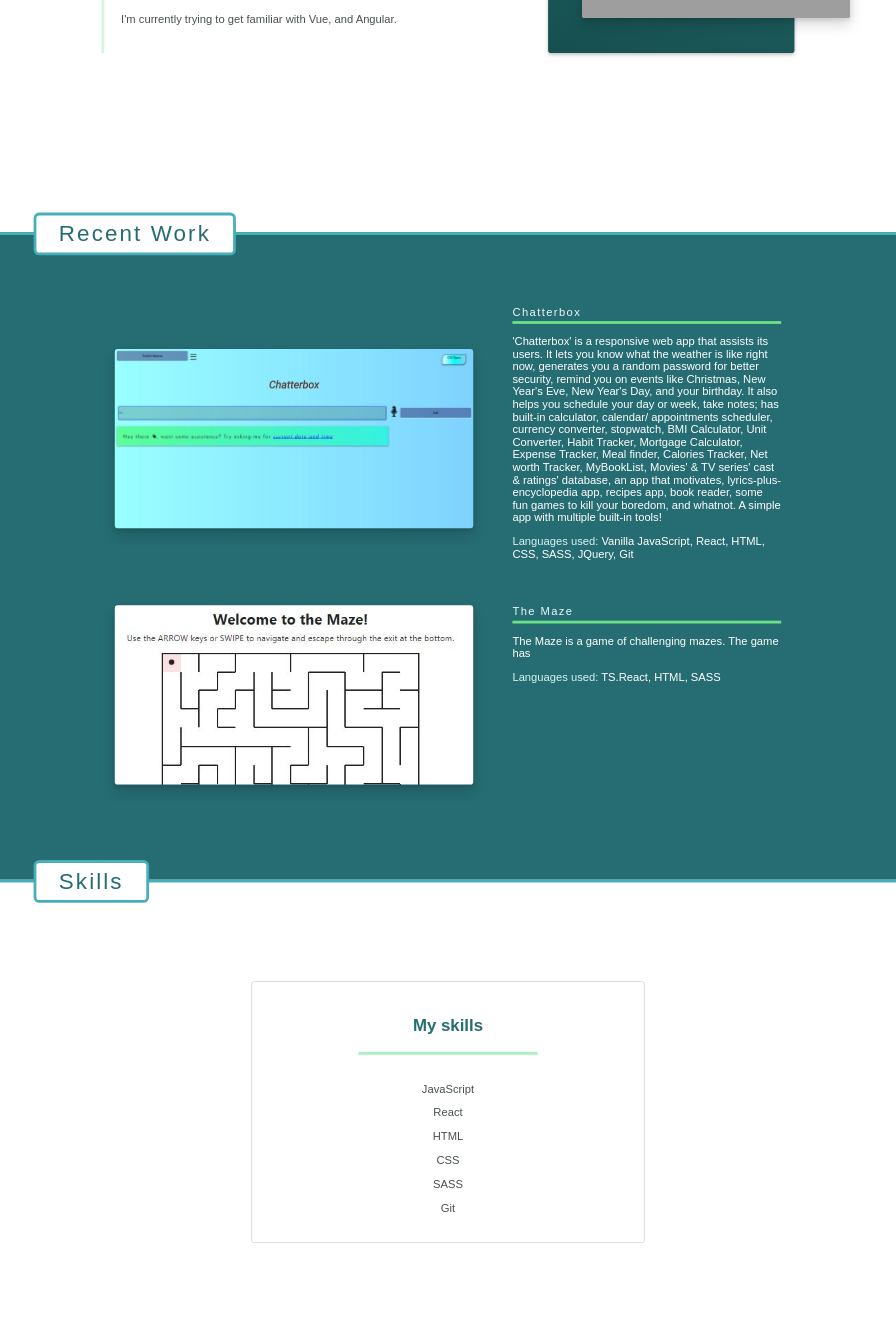
Repository: Abbaskhurram255/port
Page: /
These files come from the project's save history. The page is drawn as it stood at one moment and after the next save; the edit follows.
The browser window is 1280 px wide. The pictures show the part of the page from y = 534 to 2454 px (the page is 2782 px tall), at 70% of full size.
Pictures or frames that could not be fetched are drawn as grey boxes. The page's requests for data from a server got no answer. Some web fonts or font styles are not loaded; a fallback is used. Some web libraries are served in a nearby version. The project was rebuilt for these pictures with package versions that can differ from the ones it lists, and the page was loaded fresh each time. No one was signed in, and anything a server would have sent is missing.

Above is the page before, as saved 2020-12-03 23:18:01.

### public/index.html
<!DOCTYPE html>
<html lang="en">
  <head>
    <meta charset="utf-8" />
    <meta
      name="viewport"
      content="width=device-width, initial-scale=1, shrink-to-fit=no"
    />
    <meta name="theme-color" content="#000000" />
    <meta property="og:title" content="Alex Puth | Portfolio" />
    <meta
      property="og:description"
      content="A portfolio of web applications by Alex Puth"
    />
    <meta property="og:url" content="https://www.abbaskhurram255.github.io/" />
    <meta property="og:image" content="/images/portfolio-home.jpg" />
    <title>Alex Puth | Portfolio</title>
    <link
      href="https://fonts.googleapis.com/css?family=Muli:300,400,600,700"
      rel="stylesheet"
    />
    <link
      rel="stylesheet"
      href="https://use.fontawesome.com/releases/v5.4.2/css/all.css"
      integrity="sha384-/rXc/GQVaYpyDdyxK+ecHPVYJSN9bmVFBvjA/9eOB+pb3F2w2N6fc5qB9Ew5yIns"
      crossorigin="anonymous"
    />
  </head>

  <body>
    <noscript>You need to enable JavaScript to run this app.</noscript>
    <div id="root"></div>
  </body>
</html>

### src/index.tsx
import React from "react";
import ReactDOM from "react-dom";
import App from "./App";
import * as serviceWorker from "./serviceWorker";
import "./styles/styles.scss";

ReactDOM.render(<App />, document.getElementById("root"));

// If you want your app to work offline and load faster, you can change
// unregister() to register() below. Note this comes with some pitfalls.
// Learn more about service workers: http://bit.ly/CRA-PWA
serviceWorker.unregister();

### src/App.tsx
import * as React from "react";
import Contact from "./components/Contact";
import Home from "./components/Home";
import Navbar from "./components/Navbar";
import RecentWork from "./components/RecentWork";
import Skills from "./components/Skills";

class App extends React.Component {
  public render() {
    return (
      <div>
        <Navbar />
        <Home />
        <RecentWork />
        <Skills />
        <Contact />
      </div>
    );
  }
}

export default App;

### src/styles/styles.scss
@import "./base/settings";
@import "./base/base";
@import "./components/navbar";
@import "./components/home";
@import "./components/images";
@import "./components/recent-works";
@import "./components/projects";
@import "./components/project";
@import "./components/skills";
@import "./components/skill";
@import "./components/contact";
@import "./components/social";
@import "./components/section-title";

### src/components/Contact.tsx
import * as React from "react";
import utils from "../utils/constants";
import Social from "./Social";
import Title from "./Title";

const { GITHUB_URL, TWITTER_URL } = utils.social;
const { EMAIL } = utils.contact;

const Contact = () => {
  return (
    <div id="contact" className="contact">
      <Title title="Get in Touch" parentComponent="contact" />
      <div className="contact__social-links">
        <p className="contact__brackets">{"{"}</p>
        <Social socialIcon="fab fa-github" socialUrl={GITHUB_URL} />
        <Social socialIcon="fab fa-twitter" socialUrl={TWITTER_URL} />
        <Social socialIcon="fas fa-envelope" socialUrl={`mailto:${EMAIL}`} />
        <p className="contact__brackets">{"}"}</p>
      </div>
    </div>
  );
};

export default Contact;

### src/components/Home.tsx
import * as React from "react";
import Image from "./Image";
import Text from "./Text";
import Title from "./Title";

const Home = () => {
  return (
    <div className="home">
      <div className="home__text-container">
        <Title
          title="<Alex Puth (aka Khurram) />"
          parentComponent="home"
          subTitle="Front-End Developer"
        />
        <Text parentComponent="home" mobile="" />
      </div>
      <Image
        src="/images/headshot.jpg"
        alt="Headshot of Alex Puth"
        parentComponent="home"
      />
      <Text parentComponent="home" mobile="--mobile" />
    </div>
  );
};

export default Home;

### src/components/Navbar.tsx
import * as React from "react";

interface INavbarState {
  linkClass: string;
  isToggled: boolean;
}

class Navbar extends React.Component {
  public state = {
    isToggled: true,
    linkClass: "navbar__link"
  };

  public toggleNav = () => {
    const { isToggled } = this.state;
    this.setState({ isToggled: !isToggled });
    isToggled
      ? this.setState({ linkClass: "navbar__link--show" })
      : this.setState({ linkClass: "navbar__link" });
  };

  public render() {
    return (
      <div className="navbar">
        <a className="navbar__brand" href="#">
          <p className="navbar__brand-text">AP</p>
        </a>
        <i onClick={this.toggleNav} className="fas fa-bars navbar__hamburger" />
        <div className="navbar__link-box">
          <a className={this.state.linkClass} href="#">
            <p className="navbar__link-text">Home</p>
          </a>

          <a className={this.state.linkClass} href="#recent-works">
            <p className="navbar__link-text">Recent Work</p>
          </a>

          <a className={this.state.linkClass} href="#skills">
            <p className="navbar__link-text">Skills</p>
          </a>

          <a className={this.state.linkClass} href="#contact">
            <p className="navbar__link-text">Contact</p>
          </a>
        </div>
      </div>
    );
  }
}
export default Navbar;

### src/components/RecentWork.tsx
import * as React from "react";
import Projects from "./Projects";
import Title from "./Title";

const RecentWork = () => {
  return (
    <div id="recent-works" className="recent-works">
      <Title title="Recent Work" parentComponent="recent-works" />
      <Projects />
    </div>
  );
};

export default RecentWork;

### src/components/Skills.tsx
import * as React from "react";
import Skill from "./Skill";
import Title from "./Title";

const Skills = () => {
  const technicalSkills: string[] = [
    "JavaScript",
    "React",
    "HTML",
    "CSS",
    "SASS",
    "Git"
  ];

  return (
    <div id="skills" className="skills">
      <Title title={"Skills"} parentComponent="skills" />
      <div className="skills__set-box">
        <Skill title="My skills" skills={technicalSkills} />
      </div>
    </div>
  );
};

export default Skills;

### src/styles/base/_base.scss
html {
  font-size: 62.5%;
  scroll-behavior: smooth;
}

body {
  margin: 0;
  background-color: $white;
}

button {
  cursor: pointer;
}

button:disabled {
  cursor: default;
}

### src/styles/components/_home.scss
.home {
  display: flex;
  flex-direction: column;
  justify-content: space-around;
  margin: $size-10 auto $size-8 auto;
  max-width: 100rem;
  padding: 0 $size-4;
  @media (min-width: $breakpoint-1) {
    margin: $size-10 25% $size-9 25%;
  }
  @media (min-width: $breakpoint-2) {
    flex-direction: row;
    margin: $size-10 auto $size-12 auto;
  }
}

.home__title-box {
  align-items: center;
  display: flex;
  flex-direction: column;
  justify-content: center;
  margin-top: $size-3;
  @media (min-width: $breakpoint-2) {
    margin: 0;
    margin-left: -$size-9;
    align-items: flex-start;
  }
}

.home__title {
  color: $primary-7;
  font-family: $header;
  font-size: $size-6;
  font-weight: 700;
  letter-spacing: 0.3rem;
  line-height: 1;
  margin: 0;
  @media (min-width: $breakpoint-1) {
    font-size: $size-6;
  }
  @media (min-width: $breakpoint-2 - 13) {
    font-size: $size-7;
  }
  @media (min-width: $breakpoint-3) {
    font-size: 7.2rem;
  }
}

.home__subtitle {
  color: $gray-5;
  font-family: $header;
  font-size: $size-4;
  font-weight: 300;
  margin: $size-3 0;
  @media (min-width: $breakpoint-1) {
    font-size: 1.8rem;
  }
  @media (min-width: $breakpoint-2 - 13) {
    font-size: $size-5;
  }
  @media (min-width: $breakpoint-3) {
    font-size: $size-6;
  }
}

.home__text-container {
  display: flex;
  flex-direction: column;
  justify-content: flex-end;
}

.home__text-box {
  border-left: $size-1 solid $secondary-2;
  margin-top: $size-6;
  padding: $size-5 $size-4;
  width: $size-14;
  @media (max-width: $breakpoint-2 - 1) {
    display: none;
  }
}

.home__text-box--mobile {
  border-left: $size-1 solid $secondary-2;
  box-sizing: border-box;
  margin-top: $size-6;
  padding: $size-2;
  width: 100%;
  @media (min-width: $breakpoint-2) {
    display: none;
  }
}

.home__text {
  color: $gray-7;
  font-family: $text;
  font-size: $size-3;
  line-height: 2;
  margin: 0;
  padding: $size-2;
  @media (min-width: $breakpoint-2) {
    font-size: $size-4;
  }
}

.home__text-link {
  @extend .home__text;
  color: $primary-7;
  padding: 0;
  text-decoration: none;
}

.home__text-link:hover {
  color: $primary-5;
}

### src/styles/components/images.scss
.home-image-box {
  background: $gradient-1;
  border-radius: $radius-2;
  box-shadow: $shadow-2;
  padding: $size-3;
  @media (min-width: $breakpoint-2) {
    display: block;
    padding: $size-7;
  }
}

.home-image {
  border-radius: $radius-2;
  box-shadow: $shadow-3;
  margin: 0;
  width: 100%;
  @media (min-width: $breakpoint-2) {
    margin-right: -$size-10;
    height: $size-13;
    width: $size-13;
  }
}

### src/styles/components/_recent-works.scss
.recent-works {
  align-items: center;
  background: $primary-7;
  border-top: $size-1 solid $primary-5;
  display: flex;
  flex-direction: column;
  padding-bottom: $size-2;
  @media (min-width: $breakpoint-1) {
    padding-left: 22%;
    padding-right: 22%;
  }
  @media (min-width: $breakpoint-2) {
    padding: 0;
    padding-bottom: $size-8;
  }
}

.recent-works__title-box {
  background: $white;
  border: $size-1 solid $primary-5;
  border-radius: $size-2;
  display: flex;
  flex-direction: column;
  justify-content: center;
  margin-top: -$size-5;
  padding: $size-2;
  @media (min-width: $breakpoint-2) {
    align-self: flex-start;
    margin-left: $size-7;
    margin-top: -$size-6;
    padding: $size-2 $size-6;
  }
}

.recent-works__title {
  color: $primary-7;
  font-family: $header;
  font-size: $size-4;
  font-weight: 400;
  letter-spacing: 0.3rem;
  margin: 0;
  padding: 0;
  @media (min-width: $breakpoint-2) {
    font-size: $size-6;
  }
}

### src/styles/components/_projects.scss
.projects {
  display: flex;
  flex-direction: column;
  justify-content: space-between;
  margin: $size-4 $size-7;
  width: 100%;
  @media (min-width: $breakpoint-2) {
    margin: $size-7;
    width: 100rem;
  }
}

### src/styles/components/_skills.scss
.skills {
  align-items: center;
  border-top: $size-1 solid $primary-5;
  display: flex;
  flex-direction: column;
  padding-bottom: $size-8;
  @media (min-width: $breakpoint-1) {
    padding-left: 20%;
    padding-right: 20%;
  }
  @media (min-width: $breakpoint-2) {
    padding: 0;
    padding-bottom: $size-8;
  }
}

.skills__title-box {
  background: $white;
  border: $size-1 solid $primary-5;
  border-radius: $size-2;
  display: flex;
  flex-direction: column;
  justify-content: center;
  margin-top: -$size-5;
  padding: $size-2;
  @media (min-width: $breakpoint-2) {
    align-self: flex-start;
    margin-left: $size-7;
    margin-top: -$size-6;
    padding: $size-2 $size-6;
  }
}

.skills__title {
  color: $primary-7;
  font-family: $header;
  font-size: $size-4;
  font-weight: 400;
  letter-spacing: 0.3rem;
  margin: 0;
  padding: 0;
  @media (min-width: $breakpoint-2) {
    font-size: $size-6;
  }
}

.skills__set-box {
  display: flex;
  flex-direction: column;
  justify-content: space-around;
  margin: 0;
  width: 100%;
  @media (min-width: $breakpoint-2) {
    flex-direction: row;
    margin: $size-9 $size-7;
    width: 100rem;
  }
}

### src/styles/components/_skill.scss
.skill {
  align-items: center;
  border: 1px solid $gray-3;
  border-radius: $radius-2;
  display: flex;
  flex-direction: column;
  margin: $size-4 auto;
  padding: $size-5;
  width: 80%;
  @media (min-width: $breakpoint-2) {
    margin: $size-4;
    padding: $size-5;
    width: $size-14;
  }
}

.skill__title-box {
  border-bottom: $size-1 solid $secondary-3;
  display: flex;
  justify-content: center;
  padding: 0;
  width: 100%;
  @media (min-width: $breakpoint-2) {
    width: $size-12;
  }
}

.skill__title {
  color: $primary-7;
  font-family: $text;
  font-size: $size-4;
  @media (min-width: $breakpoint-2) {
    font-size: $size-5;
  }
}

.skill__box {
  padding-top: $size-5;
  width: 100%;
}

.skill__name {
  color: $gray-7;
  font-family: $text;
  font-size: $size-4;
  text-align: center;
}

### src/styles/components/_contact.scss
.contact {
  align-items: center;
  border-top: $size-1 solid $primary-5;
  display: flex;
  flex-direction: column;
  background: #266c73;
}

.contact__title-box {
  background: $white;
  border: $size-1 solid $primary-5;
  border-radius: $size-2;
  display: flex;
  flex-direction: column;
  justify-content: center;
  margin-top: -$size-5;
  padding: $size-2 $size-6;
  @media (min-width: $breakpoint-2) {
    align-self: flex-start;
    margin-left: $size-7;
    margin-top: -$size-6;
  }
}

.contact__title {
  color: $primary-7;
  font-family: $header;
  font-size: $size-4;
  font-weight: 400;
  letter-spacing: 0.3rem;
  margin: 0;
  padding: 0;
  @media (min-width: $breakpoint-2) {
    font-size: $size-6;
  }
}

.contact__social-links {
  display: flex;
  margin: $size-8 0 $size-9 0;
}

.contact__brackets {
  color: $secondary-3;
  font-family: $text;
  font-size: $size-8;
  font-weight: 300;
  line-height: 0.5;
  margin: 0 $size-4;
  padding: 0;
  @media (min-width: $breakpoint-2) {
    display: block;
    font-size: $size-10;
  }
}

### src/styles/components/_social.scss
.social {
  color: $primary-5;
  font-size: $size-5;
  margin: $size-3;
  outline: none;
  transition-property: color, transform;
  transition-duration: 0.1s;
  transition-timing-function: ease;
  @media (min-width: $breakpoint-2) {
    font-size: $size-7;
    margin: $size-5;
  }
}

.social:hover,
.social:focus {
  color: $primary-6;
  transform: scale(1.2);
}

### src/styles/components/_section-title.scss
.section-title__box {
  align-self: flex-start;
  background: $white;
  border: $size-1 solid $primary-8;
  border-radius: $size-2;
  display: flex;
  flex-direction: column;
  justify-content: center;
  margin: -$size-6 0 0 $size-7;
  padding: $size-2 $size-6;
}

.section-title {
  color: $primary-7;
  font-family: $header;
  font-size: $size-6;
  font-weight: 400;
  letter-spacing: 0.3rem;
  margin: 0;
  padding: 0;
}

### src/utils/constants.ts
export default {
  contact: {
    EMAIL: process.env.REACT_APP_EMAIL || "abbaskhuram255@gmail.com"
  },
  social: {
    GITHUB_URL:
      process.env.REACT_APP_GITHUB_URL || "https://github.com/abbaskhurram255",
    TWITTER_URL:
      process.env.REACT_APP_TWITTER_URL || "https://twitter.com/alexputh255",
  }
};

### src/components/Social.tsx
import * as React from "react";

interface ISocialProps {
  socialIcon: string;
  socialUrl: string;
}

const Social = (props: ISocialProps) => {
  const { socialIcon, socialUrl } = props;
  return (
    <a
      href={socialUrl}
      rel="noopener noreferrer"
      className="social"
      target="_blank"
    >
      <i className={socialIcon} />
    </a>
  );
};

export default Social;

### src/components/Title.tsx
import * as React from "react";

interface ITitleProps {
  title: string;
  parentComponent: string;
  subTitle?: string;
}

const Title = (props: ITitleProps) => {
  const { title, subTitle, parentComponent: component } = props;
  return (
    <div className={`${component}__title-box`}>
      <h1 className={`${component}__title`}>{title}</h1>
      {subTitle && <h2 className={`${component}__subtitle`}>{subTitle}</h2>}
    </div>
  );
};

export default Title;

### src/components/Image.tsx
import * as React from "react";

interface IImageProps {
  src: string;
  alt: string;
  parentComponent: string;
}

const Image = (props: IImageProps) => {
  const { src, alt, parentComponent: component } = props;
  return (
    <div className={`${component}-image-box`}>
      <img src={`/Portfolio${src}`} alt={alt} className={`${component}-image`} />
    </div>
  );
};

export default Image;

### src/components/Text.tsx
import * as React from "react";

interface ITextProps {
  parentComponent: string;
  mobile: string;
}

const Text = (props: ITextProps) => {
  const { parentComponent: component, mobile } = props;
  return (
    <div className={`${component}__text-box${mobile}`}>
      <p className={`${component}__text`}>
        Hi, my name is Alex, and I'm a frontend developer. I love using
        functional programming concepts in JavaScript and building web
        applications with it. I'm a coding enthusiast. I've been creating web
        applications since I was 13 - I'm 19 now. It's been my hobby
        since I was a kid, the programming. {" "}
      </p>
      <p className={`${component}__text`}>I'm currently
        trying to get familiar with Vue, and Angular.</p>
    </div>
  );
};

export default Text;

### src/components/Projects.tsx
import * as React from "react";
import { projects } from "../utils/data";
import Project from "./Project";

const Projects = () => (
  <div className="projects">
    {projects.map(project => (
      <Project
        project={project.name}
        projectDescription={project.description}
        projectSourceCode={project.sourceCode}
        projectTools={project.tools}
        projectUrl={project.url}
        image={project.image}
        key={project.name}
      />
    ))}
  </div>
);

export default Projects;

### src/components/Skill.tsx
import * as React from "react";

interface ISkillProps {
  skills: string[];
  title: string;
}

const DeveloperSkills = (props: ISkillProps) => {
  const { skills, title } = props;
  return (
    <div className="skill">
      <div className="skill__title-box">
        <h3 className="skill__title">{title}</h3>
      </div>
      <div className="skill__box">
        {skills.map((skill: string) => (
          <p className="skill__name" key={skill}>
            {skill}
          </p>
        ))}
      </div>
    </div>
  );
};

export default DeveloperSkills;

### src/utils/data.ts

interface IProject {
  description: string;
  image: string;
  name: string;
  sourceCode: string;
  tools: string;
  url: string;
}

export const projects: IProject[] = [
  {
    description:
      "'Chatterbox' is a responsive web app that assists its users. It lets you know what the weather is like right now, generates you a random password for better security, remind you on events like Christmas, New Year's Eve, New Year's Day, and your birthday. It also helps you schedule your day or week, take notes; has built-in calculator, calendar/ appointments scheduler, currency converter, stopwatch, BMI Calculator, Unit Converter, Habit Tracker, Mortgage Calculator, Expense Tracker, Meal finder, Calories Tracker, Net worth Tracker, MyBookList, Movies' & TV series' cast & ratings' database, an app that motivates, lyrics-plus-encyclopedia app, recipes app, book reader, some fun games to kill your boredom, and whatnot. A simple app with multiple built-in tools!",
    image: "meal to list",
    name: "Chatterbox",
    sourceCode: "https://github.com/Abbaskhurram255/Chatterbox/",
    tools: "Vanilla JavaScript, React, HTML, CSS, SASS, JQuery, Git",
    url: "https://abbaskhurram255.github.io/Chatterbox/getting-started"
  },
  {
    description:
      "The Maze is a game of challenging mazes. The game has ",
    image: "maze",
    name: "The Maze",
    sourceCode: "https://github.com/Abbaskhurram255/maze/",
    tools: "TS.React, HTML, SASS",
    url: "https://alexs-maze-game.netlify.app"
  }
];

### src/components/Project.tsx
import * as React from "react";

interface IProjectProps {
  image: string;
  project: string;
  projectDescription: string;
  projectTools: string;
  projectSourceCode: string;
  projectUrl: string;
}

const Project = (props: IProjectProps) => {
  const {
    image,
    project,
    projectDescription,
    projectSourceCode,
    projectTools,
    projectUrl
  } = props;
  return (
    <div className="project">
      <div className={`project__image-box project__image-box--${image}`}>
        <div className="project__link-box">
          {projectUrl && (
            <a
              className="project__link"
              href={projectUrl}
              rel="noopener noreferrer"
              target="_blank"
            >
              View Site
            </a>
          )}
          <a
            className="project__link"
            href={projectSourceCode}
            rel="noopener noreferrer"
            target="_blank"
          >
            View Source Code
          </a>
          <a
            className="project__link"
            href="https://github.com/Abbaskhurram255/maze/raw/main/public/android/the-maze.apk"
            rel="noopener noreferrer"
            target="_blank"
          >
            Play on Android
          </a>
        </div>
      </div>
      <div className="project__info-box">
        <h3 className="project__name">{project}</h3>
        <p className="project__description">{projectDescription}</p>
        <p className="project__description">
          <span className="project__tools-label">Languages used:</span>{" "}
          {projectTools}
        </p>
      </div>
      <div className="project__link-box--mobile">
        {projectUrl && (
          <a
            className="project__link--mobile"
            href={projectUrl}
            rel="noopener noreferrer"
            target="_blank"
          >
            View Site
          </a>
        )}
        <a
          className="project__link--mobile"
          href={projectSourceCode}
          rel="noopener noreferrer"
          target="_blank"
        >
          View Source Code
        </a>
      </div>
    </div>
  );
};

export default Project;

Loaded but not shown: src/serviceWorker.ts (common file); src/styles/components/_project.scss (148 lines, source omitted); src/styles/base/_settings.scss (89 lines, source omitted); src/styles/components/_navbar.scss (137 lines, source omitted)

After the next save:
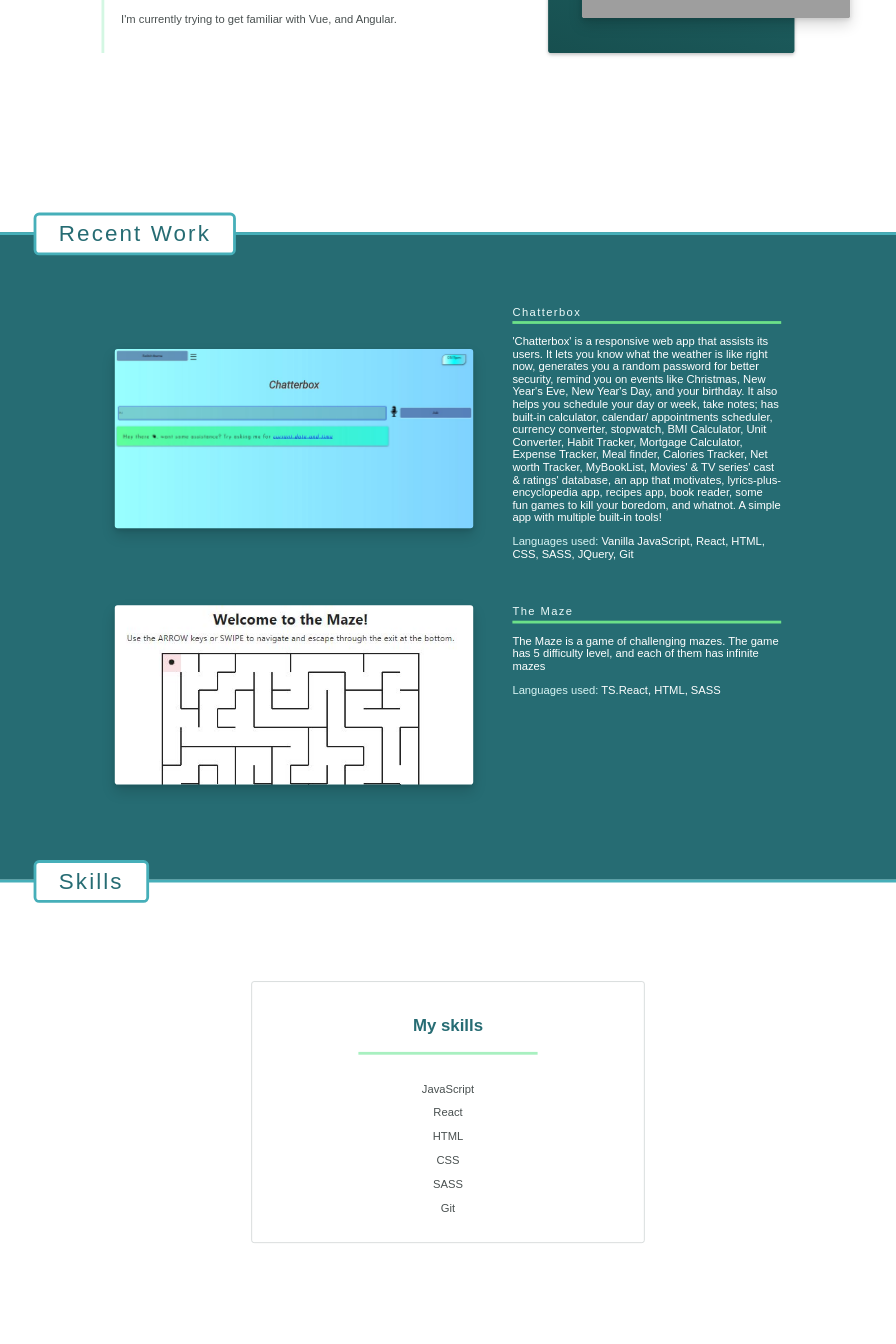
Saved 34 s later.
--- a/src/utils/data.ts
+++ b/src/utils/data.ts
@@ -20,7 +20,7 @@
   },
   {
     description:
-      "The Maze is a game of challenging mazes. The game has ",
+      "The Maze is a game of challenging mazes. The game has 5 difficulty level, and each of them has infinite mazes",
     image: "maze",
     name: "The Maze",
     sourceCode: "https://github.com/Abbaskhurram255/maze/",
